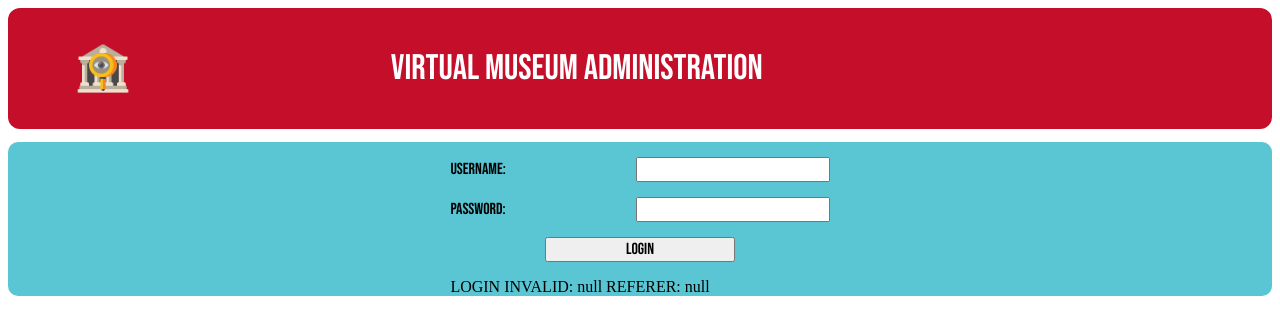
Repository: njegos-dukic/Virtual-Museum
Page: http://localhost/VirtualMuseumAdmin/jsp/Login.jsp
These files come from the project's save history. The page is drawn as it stood at one moment and after the next save; the edit follows.
The browser window is 1280 px wide. The pictures show the whole page.
The page is served by Tomcat 9.

Above is the page before, as saved 2022-01-06 15:33:37.

After the next save:
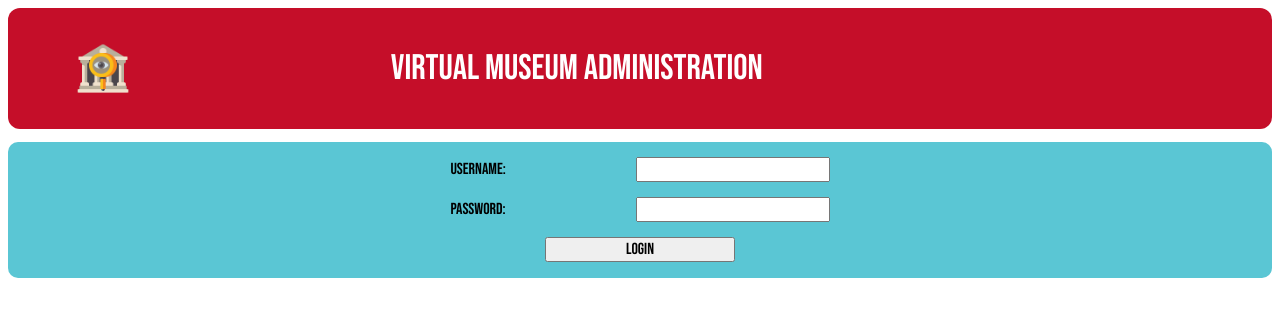
Saved 29 s later.
--- a/VirtualMuseumAdmin/WebContent/jsp/Login.jsp
+++ b/VirtualMuseumAdmin/WebContent/jsp/Login.jsp
@@ -48,11 +48,6 @@
 	            <div class="museum-edit-single-input margin-botton-4perc">
 	                <input class="museum-edit-input-field" type="submit" value="Login">
 	            </div>
-	            <%= "LOGIN INVALID: " + response.getHeader("Retry") + "\n" %>
-	            <%= "REFERER: " + response.getHeader("Referer") %>
-	            <% if ("1".equals(response.getHeader("Retry"))) { %>
-	            	<div class="museum-edit-single-input margin-botton-4perc">Username or password invalid!</div>
-	            <% } %>
 	        </form>
 
 
